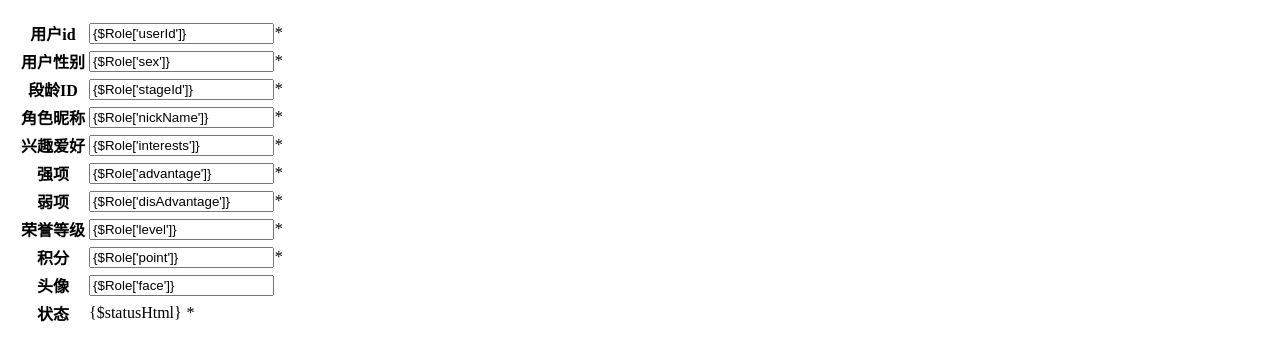
Repository: pridewu/hipi
Page: Education_dev_platform/branches/v1/Application/System/View/v1/Role/edit.html
An editor plug-in stored every save of this project. The page is shown before and after the next save, followed by the edit.
The browser window is 1280 px wide. The pictures show the whole page.

Above is the page before, as saved 2014-12-08 01:38:13.

After the next save:
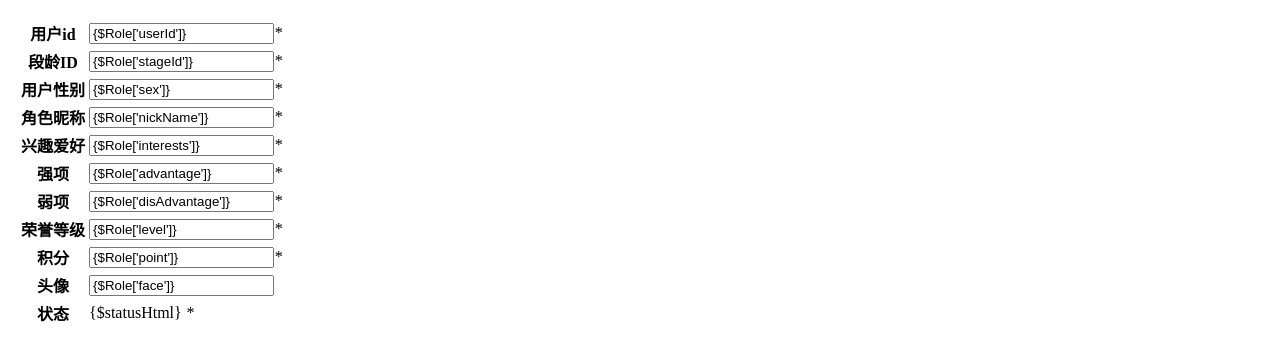
Saved 4 min 21 s later.
--- a/Education_dev_platform/branches/v1/Application/System/View/v1/Role/edit.html
+++ b/Education_dev_platform/branches/v1/Application/System/View/v1/Role/edit.html
@@ -7,15 +7,15 @@
 			<input type="text" id="userId" name="userId" value="{$Role['userId']}"/><em>*</em>
 		</td>
 	<tr>
+		<th>段龄ID</th>
+		<td>
+			<input type="text" id="stageId" name="stageId" value="{$Role['stageId']}"/><em>*</em>
+		</td>
+	</tr>
+	<tr>
 		<th>用户性别</th>
 		<td>
 			<input type="text" id="sex" name="sex" value="{$Role['sex']}"/><em>*</em>
-		</td>
-	</tr>
-	<tr>
-		<th>段龄ID</th>
-		<td>
-			<input type="text" id="stageId" name="stageId" value="{$Role['stageId']}"/><em>*</em>
 		</td>
 	</tr>
 	<tr>
